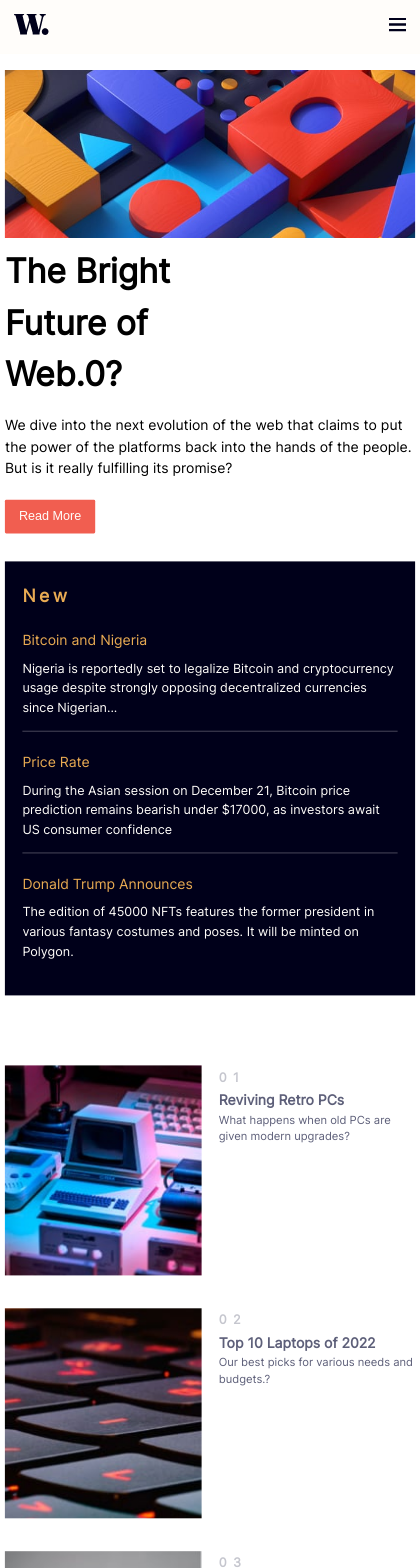
Repository: Benedict-Anthony/web3.0-blog-chain
Page: /
These files come from the project's save history. The page is drawn as it stood at one moment and after the next save; the edit follows.
The browser window is 600 px wide. The pictures show the part of the page from y = 0 to 2240 px (the page is 2740 px tall before and 2750 px after), at 70% of full size.
The project was rebuilt for these pictures with package versions that can differ from the ones it lists, and the page was loaded fresh each time. The framework's server and built-in components were replaced by stand-ins that run in the browser. Also part of the build but not shown: next.config.js, styles/styles.css.

Above is the page before, as saved 2022-12-23 01:39:56.

### pages/_app.tsx
import '../styles/globals.scss'
import type { AppProps } from 'next/app'
import NavBar from '../components/NavBar'
import "@/styles/styles.css"
import { Footer } from 'components/Footer'
export default function App({ Component, pageProps }: AppProps) {
  return (
    <>
      <NavBar />
      <Component {...pageProps} />
      <Footer/>
    </>
  )
}

### pages/index.tsx
import Showcase from 'components/Showcase'
import Features from 'components/Features'
import Head from 'next/head'
import Image from 'next/image'
import styles from '../styles/Home.module.scss'
import Layout from 'components/Layout'


export default function Home() {
  return (

      <Layout title='Web 3.0 | Welcome' description='Web 3.0, latest cryptocurrency news and market data' keyword='Blockchain, coins, cryptocurrency, blog, bitcoin'>
        <Showcase/>
        <Features/>
      </Layout>

  )
}

### styles/globals.scss
:root{
  --SoftOrange: hsl(35, 77%, 62%);
  --SoftRed: hsl(5, 85%, 63%);

  --Red: hsl(0, 78%, 62%);
  --Cyan: hsl(180, 62%, 55%);
  --Orange: hsl(34, 97%, 64%);
  --Blue: hsl(212, 86%, 64%);

  --OffWhite: hsl(36, 100%, 99%);
  --GrayishBlue: hsl(233, 8%, 79%);
  --DarkGrayishBlue: hsl(236, 13%, 42%);
  --VeryDarkBlue: hsl(240, 100%, 5%);
}

@font-face{
  font-family: "Inter";
  src: url("/landing/assets/fonts/static/inter-Bold.ttf");
  src: url("/landing/assets/fonts/static/inter-ExtraBold.ttf");
  src: url("/landing/assets/fonts/static/inter-Regular.ttf");
}

*::after, *::before, *{
  padding: 0;
  margin: 0;
  box-sizing: border-box;
  transition: all .3s ease;
  line-height: 1.54em;
}


ul,li{
  list-style: none;
}

html{
  scroll-behavior: smooth;
}

body{
  font-family: "Inter";
}

.swiper {
    overflow: visible;
}

### components/NavBar.tsx
import React, { useEffect } from 'react'
import {useState} from "react"
import Image from 'next/image'
import Link from 'next/link';
import NavBarStyles from "@/styles/navBar.module.scss";
import { useRouter } from 'next/router';

const NavBar = () => {
  const [mobileActive, setMobileActive] = useState(false)
  const route = useRouter()

  useEffect(() => {
    setMobileActive(false)
  }, [route.pathname])
  return (

        <header className={NavBarStyles.header}>
          <nav className={NavBarStyles.nav}>
               <div className="logo">
                <Image src="/landing/assets/images/logo.svg" alt="" width={50} height={30} />
              </div>

              <ul style={{
                right: mobileActive ? "0" : "calc(100vw + 50px)"
              }}>
                  <li><Link href={"/"}>Home</Link></li>
                  <li><Link href={"/about"}>About</Link></li>
                  <li><Link href={"/pricing"}>Pricing</Link></li>
                  <li><Link href={"/popular"}>Popular</Link></li>
                  <li><Link href={"/trending"}>Trending</Link></li>
                  <li><Link href={"/market"}>Market</Link></li>
                  <li><Link href={"/nft"}>Nfts</Link></li>

              </ul>

                  <div className={NavBarStyles.toggler} onClick={() => setMobileActive(!mobileActive)}>
                      <Image src={`/landing/assets/images/${mobileActive ? "icon-menu-close.svg" : "icon-menu.svg"}`} alt="" width={25} height={20} />
            </div>

         </nav>
    </header>

  )
}

export default NavBar

### components/Footer.tsx
import React from 'react'
import Footerstyles from "@/styles/Footer.module.scss"
export const Footer = () => {
    const year = new Date().getFullYear()
  return (
    <footer className={Footerstyles.footer}>
        <h3>Web 3.0! Your favourite blog!</h3>
          <p>Benedict Anthony</p>
          <div>BenWebDev | { year} &copy;</div>
    </footer>
  )
}

### components/Showcase.tsx
import React from 'react'
import Image from 'next/image';
import ShowCaseStyles from "@/styles/showcase.module.scss"
import UtilsStyles from "@/styles/Utils.module.scss";
import Button from './Button';
import Link from 'next/link';


const Showcase = () => {
  return (
    <section>
          <div className={ShowCaseStyles.showcase}>
              <main className={ShowCaseStyles.main}>
                  <div className={ShowCaseStyles.showcaseImage}>
                      {/* <img src={} alt=""  /> */}
                  </div>
                  <article className={ShowCaseStyles.article}>
                      <h1>The Bright <br /> Future of <br /> Web.0?</h1>
                      <div>
                          <p>  We dive into the next evolution of the web that claims to put the power of the platforms back into the hands of the people.
                But is it really fulfilling its promise?</p>
                  <Link href={"/trending"}>
                      <Button title={"Read more"} />
                  </Link>
                      </div>
                  </article>
              </main>
              <aside className={ShowCaseStyles.aside}>
                  <h3>New</h3>

                  <div>
                      <article>
                        <h2>Bitcoin and Nigeria</h2>
                        <p>Nigeria is reportedly set to legalize Bitcoin and cryptocurrency usage despite strongly opposing decentralized currencies since Nigerian...</p>
                      </article>

                      <article>
                        <h2>Price Rate</h2>
                        <p>During the Asian session on December 21, Bitcoin price prediction remains bearish under $17000, as investors await US consumer confidence</p>
                      </article>

                      <article>
                        <h2>Donald Trump Announces </h2>
                        <p> The edition of 45000 NFTs features the former president in various fantasy costumes and poses. It will be minted on Polygon.</p>
                    </article>
                  </div>
              </aside>
          </div>
    </section>
  )
}

export default Showcase

### components/Features.tsx
import React from 'react'
import UtilsStyles from "@/styles/Utils.module.scss";
import FeatureStyles from "@/styles/Feature.module.scss"
import Image from 'next/image';

const Features = () => {
  return (
      <section className={UtilsStyles.spaceY}>
          <div className={FeatureStyles.features}>
              <article className={FeatureStyles.article}>
                  <div>
                    <Image width={300} height={300} objectFit="cover" src="/landing/assets/images/image-retro-pcs.jpg" alt="" />
                  </div>
                  <div>
                      <h4>01</h4>
                      <h2>Reviving Retro PCs</h2>
                      <p>What happens when old PCs are given modern upgrades?</p>
                  </div>
              </article>

              <article className={FeatureStyles.article}>
                  <div>
                    <Image width={300} height={300} objectFit="cover" src="/landing/assets/images/image-top-laptops.jpg" alt="" />
                  </div>
                  <div>
                      <h4>02</h4>
                      <h2>Top 10 Laptops of 2022</h2>
                      <p>Our best picks for various needs and budgets.?</p>
                  </div>
              </article >

              <article className={FeatureStyles.article}>
                  <div>
                    <Image width={300} height={300} objectFit="cover" src="/landing/assets/images/image-gaming-growth.jpg" alt="" />
                  </div>
                  <div>
                      <h4>03</h4>
                      <h2>The Growth of Gaming</h2>
                      <p>Our best picks for various needs and budgets.</p>
                  </div>
              </article>
          </div>
      </section>
  )
}

export default Features

### components/Layout.tsx
import React, { FC } from 'react'
import UtilsStyles from "@/styles/Utils.module.scss";
import {ReactNode} from "react"
import  Head  from 'next/head';

type layoutProps = {
  children: ReactNode,
  title: string
  description: string
  keyword: string
}
const Layout = ({children, title, description, keyword}:layoutProps) => {
  return (
    <>

      <Head>
        <title>{title}</title>
        <meta name='description' content={description} />
        <meta name='keywords' content={keyword} />
    </Head>
    <main className={UtilsStyles.container}>
      <section className={UtilsStyles.spaceY}>
        {children}
      </section>
      </main>
    </>
  )
}

export default Layout

### styles/navBar.module.scss
.header{
    position: fixed;
    top: 0;
    right: 0;
    left: 0;
    // max-width: 1160px;
    margin: 0 auto;
    padding: 20px;
     background-color: var(--OffWhite);
     z-index:10;
    //  box-shadow:  2px 1px 3px var(--DarkGrayishBlue);
}

.nav{
    display: flex;
    justify-content: space-between;
    align-items: center;
     max-width: 1160px;
    margin: 0 auto;

    .logo{
        width: 50px;
    }

    ul{
        display: flex;
        align-items: center;
        justify-content: space-between;

        li{
            margin: 0 20px;

            a{
                text-decoration: none;
                font-size: 18px;
                color: var(--VeryDarkBlue);
                font-family: "Inter";
                font-weight: 400;
                &:hover{
                    color: var(--SoftRed);
                    cursor: pointer;
                }
            }
        }
    }

    @media(max-width:767px) {
        ul{
            position: absolute;
            top: 0;
            width: 80%;
            background-color: var(--OffWhite);
            box-shadow: 2px 2px 3px var(--DarkGrayishBlue);
            height: 100vh;
            flex-flow: column;
            justify-content: center;
            align-items: flex-start;
            padding-left: 10px;

            li{
                margin: 20px 0;

                a{
                    font-size: 22px;
                }
            }

        }


    }
}



.toggler{
        display: none;


        @media(max-width:767px) {
            display: block;
            z-index: 10;
        }
    }

### styles/Footer.module.scss
.footer{
    display: flex;
    align-items: center;
    justify-content: center;
    flex-direction: column;
    gap: 20px;
    padding: 15px 5px;
    color: var(--DarkGrayishBlue);
    background-color: var(--VeryDarkBlue);
    margin-top: 30px;
    text-align: center;

    h3{
        // color:var(--Blue);
        font-size: 2rem;
    }
    p{
        color: var(--SoftOrange);
        font-size: 1.1rem;
    }

    div{
        // color: var(--SoftOrange);
        font-size: 14px;
    }
}

### styles/showcase.module.scss
.showcase{
    margin-top: 20px;
    display: flex;
    align-items: flex-start;
    justify-content: center;
    column-gap: 20px;


    @media(max-width:1160px){
        flex-direction: column;
    }
}

.main{
    display: flex;
    flex-flow: column;
    justify-content: center;
    align-items: flex-start;
    gap: 10px;
    width: 100%;


}

.showcaseImage{
    width: 100%;
    height: 400px;
    background:url("/landing/assets/images/image-web-3-desktop.jpg") no-repeat center/cover;

   @media (max-width:767px) {
    height: 240px;
     background:url("/landing/assets/images/image-web-3-mobile.jpg") no-repeat center/cover;
   }
}

.article{
    display: flex;
    align-items: center;
    justify-content: space-between;
    width: 100%;
    gap: 20px;
    h1{
        font-size: 3rem;
        font-weight: 700;
        width: 100%;
    }

    div{
        display: flex;
        flex-flow: column;
        justify-content: center;
        align-items: flex-start;
        gap: 20px;

        p{
            font-size: 20px;
        }

    }

       @media(max-width:767px){
        flex-direction: column;
        justify-content: center;
        align-items: center;

        padding-bottom: 40px;

        h1{
            font-size: 3rem;
        }
    }
}

.aside{
    width: 50%;
    background-color: var(--VeryDarkBlue);
    padding: 10px 25px;
    color: var(--OffWhite);

    h3{
        color: var(--SoftOrange);
        padding: 20px 0;
        letter-spacing: 5px;
        font-size: 25px;
    }

    div{
        display: flex;
        align-items: flex-start;
        justify-content: space-between;
        flex-direction: column;
        gap: 15px;
        position: relative;

        article{
            margin-bottom: 40px;
            position: relative;

            &::after{
                content: "";
                width: 100%;
                height:.4px;
                margin-top: 2px;
                background-color: var(--OffWhite);
                position: absolute;
                bottom: -20px;
                opacity: .4;
            }

            &:last-child::after{
                display:none;
            }

            h2{
                font-size: 20px;
                padding: 10px 0;
                font-weight: 400;
                color: var(--SoftOrange);
                &:hover{
                    cursor: pointer;
                }
            }

            p{
                font-size: 18px;

            }
        }


    }


    @media(max-width:1160px){
        width: 100%;
        div{
            flex-direction: row;
            gap:0;
            column-gap: 30px;

            article{
                  &::after{
                display: none;
            }
                h2{
                    color:var(--SoftOrange);
                }
            }
        }
    }

    @media(max-width:767px){
        width: 100%;
        div{
            flex-direction: column;
            gap:0;
            column-gap: 30px;

            article{
                  &::after{
               display: block;
            }
                h2{

                    color:var(--SoftOrange);
                    // white-space: nowrap;
                }
            }
        }
    }


}

### components/Button.tsx
import React from 'react'
import ButtonbStyles from "@/styles/Button.module.scss"
type ButtonProps = {
    title:string
}
const Button = ({title}: ButtonProps) => {
  return (
    <button className={ButtonbStyles.button}>
      {title}
    </button>
  )
}

export default Button

### styles/Utils.module.scss
.container{
    max-width: 1160px;
    margin: 0 auto;
    overflow:hidden;
    padding: 0 7px;
}

.spaceY{
    padding-top: 2.5rem;
    margin-top: 2.5rem;
}

### styles/Feature.module.scss
.features{
    display: grid;
    grid-template-columns: repeat(auto-fit, minmax(20rem, 1fr));
    justify-content: space-between;
    align-items: center;
}

.article{
    display: flex;
    align-items: flex-start;
    justify-content: center;
    gap: 25px;
    margin:20px 0;
    width: 100%;

    div{
        width: 100%;
        img{
            width: 100%;
            object-fit:cover;
        }
    }

    div{

        h4{
            font-size: 18px;
            color: var(--GrayishBlue);
            padding: 3px 0;
            letter-spacing: .5em;
        }

        h2{
            color: var(--DarkGrayishBlue);
            font-size: 20px;
            font-weight: 600;
        }

        p{
            font-size: 16px;
            color: var(--DarkGrayishBlue);

        }
    }
}

### styles/Button.module.scss
.button{
    display: inline-block;
    color: var(--OffWhite);
    padding: 10px 20px;
    border: 0;
    background-color: var(--SoftRed);
    margin-top: 10px;
    font-size: 18px;
    border-radius: 2px;
    text-transform: capitalize;

    &:hover{
        cursor: pointer;
        background-color: var(--VeryDarkBlue);
    }
}

After the next save:
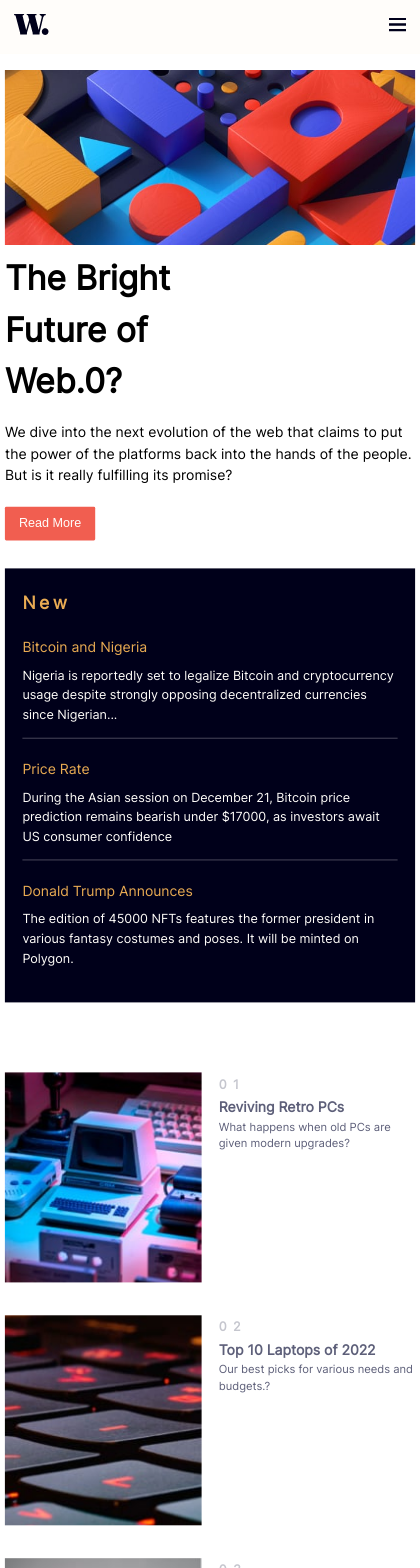
Saved 65 s later.
--- a/styles/showcase.module.scss
+++ b/styles/showcase.module.scss
@@ -28,7 +28,7 @@
     background:url("/landing/assets/images/image-web-3-desktop.jpg") no-repeat center/cover;
 
    @media (max-width:767px) {
-    height: 240px;
+    height: 250px;
      background:url("/landing/assets/images/image-web-3-mobile.jpg") no-repeat center/cover;
    }
 }
